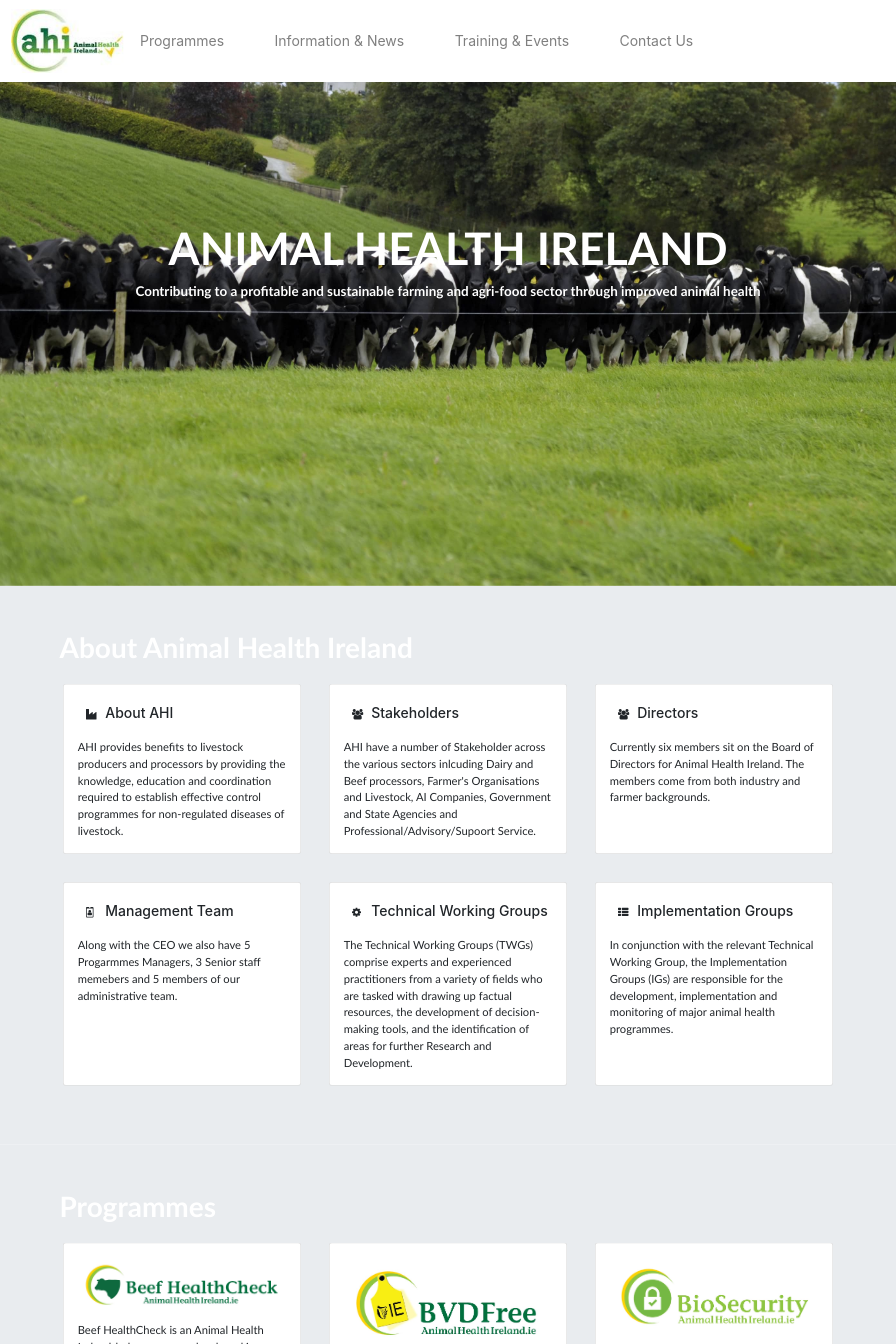
Repository: lisaannbyrne1/MilestoneProject1
Page: index.html
The author's editor kept a record of every edit. The page is drawn from the files as they stood at one moment, then again after the next edit.
The browser window is 1280 px wide. The pictures show the part of the page from y = 0 to 1920 px (the page is 4052 px tall), at 70% of full size.
Backgrounds fixed to the window are drawn as part of the page.

Above is the page before.

### index.html
<!DOCTYPE html>
<html lang="en">

<head>
  <meta charset="UTF-8">
  <meta name="viewport" content="width=device-width, initial-scale=1.0">
  <meta http-equiv="X-UA-Compatible" content="ie=edge">
  <link rel="stylesheet" href="https://stackpath.bootstrapcdn.com/bootstrap/4.3.1/css/bootstrap.min.css" integrity="sha384-ggOyR0iXCbMQv3Xipma34MD+dH/1fQ784/j6cY/iJTQUOhcWr7x9JvoRxT2MZw1T" crossorigin="anonymous">
  <link rel="stylesheet" href="https://cdnjs.cloudflare.com/ajax/libs/font-awesome/4.7.0/css/font-awesome.min.css">
  <link rel="stylesheet" href="./assets/css/style.css" type="text/css" />
  <title>Animal Health Ireland</title>
</head>

<body>


  <!--Navigation Bar-->

  <nav class="navbar navbar-expand-lg navbar-light bg-light">
    <a class="navbar-brand" href="#">
    <img src="assets/images/ahi-min.jpg" alt="AHI">
  </a>
    <button class="navbar-toggler" type="button" data-toggle="collapse" data-target="#navbarNav" aria-controls="navbarNav" aria-expanded="false" aria-label="Toggle navigation">
    <span class="navbar-toggler-icon"></span>
  </button>
    <div class="collapse navbar-collapse" id="navbarNav">
      <ul class="navbar-nav">
        <li class="nav-item">
          <a class="nav-link" href="#programmes">Programmes</a>
        </li>
        <li class="nav-item">
          <a class="nav-link" href="#news">Information & News</a>
        </li>
        <li class="nav-item">
          <a class="nav-link" href="#training">Training & Events</a>
        </li>
        <li class="nav-item">
          <a class="nav-link" href="#footer-details">Contact Us</a>
        </li>
      </ul>
    </div>
  </nav>


  <!--Landing-->

  <header>
    <div class="header" id="home">
      <h1 class="headtext">ANIMAL HEALTH IRELAND</h1>
      <p class="subtext">Contributing to a profitable and sustainable farming and agri-food sector through improved animal health</p>
    </div>
  </header>

  <!--About-->

  <div class="jumbotron jumbotron-fluid" id="about">
    <section id="about-ahi">
      <div class="container" id="container-about">
        <h1 class="section-title"> About Animal Health Ireland</h1>
        <div class="row">
          <div class="col-md-4 ahi-cards">
            <div class="card">
              <div class="card-body">
                <h5 class="card-title"><i class="fa fa-industry"></i> About AHI</h5>
                <p class="card-text"> AHI provides benefits to livestock producers and processors by providing the knowledge, education and coordination required to establish effective control programmes for non-regulated diseases of livestock.</p>
              </div>
            </div>
          </div>
          <div class="col-md-4 ahi-cards">
            <div class="card">
              <div class="card-body">
                <h5 class="card-title"><i class="fa fa-users"></i> Stakeholders</h5>
                <p class="card-text">AHI have a number of Stakeholder across the various sectors inlcuding Dairy and Beef processors, Farmer's Organisations and Livestock, AI Companies, Government and State Agencies and Professional/Advisory/Supoort Service.</p>
              </div>
            </div>
          </div>
          <div class="col-md-4 ahi-cards">
            <div class="card">
              <div class="card-body">
                <h5 class="card-title"><i class="fa fa-users" aria-hidden="true"></i> Directors</h5>
                <p class="card-text">Currently six members sit on the Board of Directors for Animal Health Ireland. The members come from both industry and farmer backgrounds.</p>
              </div>
            </div>
          </div>
        </div>
        <div class="row">
          <div class="col-md-4 ahi-cards">
            <div class="card">
              <div class="card-body">
                <h5 class="card-title"><i class="fa fa-id-badge"></i> Management Team</h5>
                <p class="card-text">Along with the CEO we also have 5 Progarmmes Managers, 3 Senior staff memebers and 5 members of our administrative team. </p>
              </div>
            </div>
          </div>
          <div class="col-md-4 ahi-cards">
            <div class="card">
              <div class="card-body">
                <h5 class="card-title"><i class="fa fa-cog"></i> Technical Working Groups</h5>
                <p class="card-text">The Technical Working Groups (TWGs) comprise experts and experienced practitioners from a variety of fields who are tasked with drawing up factual resources, the development of decision-making tools, and the identification of areas for
                  further Research and Development.</p>
              </div>
            </div>
          </div>
          <div class="col-md-4 ahi-cards">
            <div class="card">
              <div class="card-body">
                <h5 class="card-title"> <i class="fa fa-th-list"></i> Implementation Groups</h5>
                <p class="card-text">In conjunction with the relevant Technical Working Group, the Implementation Groups (IGs) are responsible for the development, implementation and monitoring of major animal health programmes.</p>
              </div>
            </div>
          </div>
        </div>
      </div>
  </div>

  </section>

  <!--Programmes-->

  <div class="jumbotron jumbotron-fluid" id="programmes">
    <section id="prog">
      <div class="container" id="container-prog">
        <h1 class="section-title">Programmes</h1>

        <div class="row">
          <div class="col-md-4 ahi-cards">
            <div class="card">
              <div class="card-body">
                <img src="assets/images/bhc-min.jpg" class="card-img-top" alt="Beef HealthCheck">
                <h5 class="card-title"> </h5>
                <p class="card-text">Beef HealthCheck is an Animal Health Ireland-led programme developed in collaboration with Meat Industry Ireland.</p>
              </div>
            </div>
          </div>

          <div class="col-md-4 ahi-cards">
            <div class="card">
              <div class="card-body">
                <img src="assets/images/bvd-min.jpg" class="card-img-top" alt="BVDFree">
                <h5 class="card-title"> </h5>
                <p class="card-text">National Eradication Programme.</p>
              </div>
            </div>
          </div>

          <div class="col-md-4 ahi-cards">
            <div class="card">
              <div class="card-body">
                <img src="assets/images/bs-min.jpg" class="card-img-top" alt="BioSecurity">
                <h5 class="card-title"> </h5>
                <p class="card-text">Biosecurity encompasses both bioexclusion (keeping infectious diseases out of holdings) and biocontainment (reducing infectious disease threats within the farm).</p>
              </div>
            </div>
          </div>
        </div>

        <div class="row">
          <div class="col-md-4 ahi-cards">
            <div class="card">
              <div class="card-body">
                <img src="assets/images/cc-min.jpg" class="card-img-top" alt="CalfCare">
                <h5 class="card-title"></h5>
                <p class="card-text"> </p>
                <p class="card-text">AHI have a number of Stakeholder across the various sectors inlcuding Dairy and Beef processors, Farmer's Organisations and Livestock, AI Companies, Government and State Agencies and Professional/Advisory/Supoort Service.</p>
              </div>
            </div>
          </div>

          <div class="col-md-4 ahi-cards">
            <div class="card">
              <div class="card-body">
                <img src="assets/images/cck-min.jpg" class="card-img-top" alt="CellCheck">
                <h5 class="card-title"> </h5>
                <p class="card-text">CellCheck is the national mastitis control programme, coordinated and facilitated by Animal Health Ireland.</p>
              </div>
            </div>
          </div>

          <div class="col-md-4 ahi-cards">
            <div class="card">
              <div class="card-body">
                <img src="assets/images/ibr-min.jpg" class="card-img-top" alt="IBRFree">
                <h5 class="card-title"> </h5>
                <p class="card-text">The initials ‘IBR’ stand for ‘Infectious Bovine Rhinotracheitis’ indicating that the disease spreads between cattle (Infectious Bovine) and usually causes the nose (Rhino-) and upper airways (-trache-) to become inflamed (-it is).</p>
              </div>
            </div>
          </div>
        </div>

        <div class="row">
          <div class="col-md-4 ahi-cards">
            <div class="card">
              <div class="card-body">
                <img src="assets/images/jd-min.jpg" class="card-img-top" alt="Johnes Disease">
                <h5 class="card-title"> </h5>
                <p class="card-text">The Irish Johne’s Control Programme (IJCP) represents a significant step for the Irish cattle industries in developing a long-term approach to the control of Johne’s disease.</p>
              </div>
            </div>
          </div>

          <div class="col-md-4 ahi-cards">
            <div class="card">
              <div class="card-body">
                <img src="assets/images/pc-min.jpg" class="card-img-top" alt="Parasite Control">
                <h5 class="card-title"> </h5>
                <p class="card-text">Effective and timely parasite control on farm has significant impacts on animal health, farm productivity and the processing industry.</p>
              </div>
            </div>
          </div>

          <div class="col-md-4 ahi-cards">
            <div class="card">
              <div class="card-body">
                <img src="assets/images/phc-min.jpg" class="card-img-top" alt="Pig Heath Check">
                <h5 class="card-title"> </h5>
                <p class="card-text">Targeted Advisory Service on Animal Health in Pig Health</p>
              </div>
            </div>
          </div>
        </div>

      </div>
  </div>
  </section>


  <!--Information & News-->

  <div class="jumbotron jumbotron-fluid" id="news">
    <section id="info">
      <div class="container" id="container-training">
        <h1 class="section-title">Information & News</h1>
        <div class="row">
          <div class="col-md-4 ahi-cards">
            <div class="card">
              <div class="card-body">
                <h5 class="card-title"><i class="fa fa-newspaper-o" aria-hidden="true"></i> Newsletters & Bulletins</h5>
                <p class="card-text">Sign up here to receive AHI Newsletters and Bulletins.</p>
                <a href="https://portal.animalhealthireland.ie/NewsletterSignUp/" target="_blank" class="btn btn-outline-secondary">Sign Up</a>
              </div>
            </div>
          </div>

          <div class="col-md-4 ahi-cards">
            <div class="card">
              <div class="card-body">
                <h5 class="card-title"><i class="fa fa-book" aria-hidden="true"></i>Published Guides</h5>
                <p class="card-text">AHI has created a series of helpful information publications which are available to download as a PDF.</p>
                <a href="https://portal.animalhealthireland.ie/NewsletterSignUp/" target="_blank" class="btn btn-outline-secondary">Sign Up</a>
              </div>
            </div>
          </div>
          <div class="col-md-4 ahi-cards">
            <div class="card">
              <div class="card-body">
                <h5 class="card-title"><i class="fa fa-briefcase" aria-hidden="true"></i> Careers</h5>
                <p class="card-text">Please check back again for vacancies with Animal Health Ireland.</p>
              </div>
            </div>
          </div>
        </div>
      </div>
  </div>
  </section>

  <!--Training & Events-->

  <div class="jumbotron jumbotron-fluid" id="training">
    <section id="train-events">
      <div class="container" id="container-training">
        <h1 class="section-title">Training & Events</h1>
        <div class="row">
          <div class="col-md-4 ahi-cards">
            <div class="card">
              <div class="card-body">
                <h5 class="card-title"><i class="fa fa-graduation-cap" aria-hidden="true"></i>Veterinary Training</h5>
                <p class="card-text">As part of the Rural Development Plan 2014-2020, DAFM, in conjunction with the EU, are funding a Targeted Advisory Service on Animal Health (TASAH) for farmers, delivered by trained veterinary practitioners.</p>
              </div>
            </div>
          </div>

          <div class="col-md-4 ahi-cards">
            <div class="card">
              <div class="card-body">
                <h5 class="card-title"><i class="fa fa-check-square-o" aria-hidden="true"></i>Training Experience of Interest</h5>
                <p class="card-text">Register your interest in taking part in future training relating to AHI Programmes.</p>
                <a href="https://portal.animalhealthireland.ie/traineoi/" target="_blank" class="btn btn-outline-secondary">Expression of Interest</a>
              </div>
            </div>
          </div>
          <div class="col-md-4 ahi-cards">
            <div class="card">
              <div class="card-body">
                <h5 class="card-title"><i class="fa fa-calendar" aria-hidden="true"></i>Events</h5>
                <p class="card-text">Please check back for up and coming on farm and training events that will be taking place.</p>
              </div>
            </div>
          </div>
        </div>
      </div>
  </div>
  </section>


  <!--Footer-->
  <footer class="container-fluid">
    <div id="footer-details" class="row">
      <div class="col-sm-4">
        <img src="assets/images/ahi.jpg" class="card-img-top" alt="AHILogo" id="footerlogo">
        <h5 class="uppercase general-sub"></h5>
      </div>

      <div class="col-sm-4" id="contacts">
        <h5 class="uppercase general-sub">Contact Us</h5>
        <i class="fa fa-phone" aria-hidden="true"></i> +353 (0) 71 9671928<br>
        <i class="fa fa-envelope" aria-hidden="true"></i> admin@animalhealthireland.ie<br>
        <i class="fa fa-map-marker" aria-hidden="true"></i> 4-5 The Archways, Carrick-on-Shannon, Co. Leitrim N41 WN2<br>
        <div class="footer-social-icons">
          <h5 class="uppercase general-sub">Follow Us On</h5>
          <a href="https://www.facebook.com/Animal.Health.Ireland/" target="_blank" class="fa fa-facebook"></a>
          <a href="https://twitter.com/animalhealthire?lang=en" target="_blank" class="fa fa-twitter"></a>
          <a href="https://www.youtube.com/channel/UCriAefzKXK5CNfb0e8MikMA" target="_blank" class="fa fa-youtube"></a>
          <a href="https://ie.linkedin.com/company/animal-health-ireland" target="_blank" class="fa fa-linkedin"></a>
        </div>
      </div>

      <div class="col-sm-4" id="signup">
        <h5 class="uppercase general-sub">Sign Up with Us</h5>
        <p class="inline-block">
          <a href="https://portal.animalhealthireland.ie/NewsletterSignUp/" target="_blank" class="btn btn-secondary">Newsletters & Bulletins</a>
          <a href="https://portal.animalhealthireland.ie/traineoi/" target="_blank" class="btn btn-secondary">Expression of Interest</a>
        </p>
        </ul>
      </div>

    </div>
  </footer>

  <script src="https://code.jquery.com/jquery-3.3.1.slim.min.js" integrity="sha384-q8i/X+965DzO0rT7abK41JStQIAqVgRVzpbzo5smXKp4YfRvH+8abtTE1Pi6jizo" crossorigin="anonymous"></script>
  <script src="https://cdnjs.cloudflare.com/ajax/libs/popper.js/1.14.7/umd/popper.min.js" integrity="sha384-UO2eT0CpHqdSJQ6hJty5KVphtPhzWj9WO1clHTMGa3JDZwrnQq4sF86dIHNDz0W1" crossorigin="anonymous"></script>
  <script src="https://stackpath.bootstrapcdn.com/bootstrap/4.3.1/js/bootstrap.min.js" integrity="sha384-JjSmVgyd0p3pXB1rRibZUAYoIIy6OrQ6VrjIEaFf/nJGzIxFDsf4x0xIM+B07jRM" crossorigin="anonymous"></script>

</body>

</html>

### assets/css/style.css
/*--Fonts--*/

.section-title {
    font-family: Calibri, Helvetica, sans-serif;
    color: #fff;
    font-weight: bold;
    text-align: left;
}

p,
h3 {
    font-family: Calibri, Helvetica, sans-serif;
    color: rgba(0 0 0 .5);
}

/*--Landing fonts/images--*/

body {
    margin: 0;
}


.headtext {
    color: #fff;
    font-family: Calibri, Helvetica, sans-serif;
    font-size: 4rem;
    font-weight: 900;
    align-items: center;
    padding-top: 200px;
}

.subtext {
    color: #fff;
    font-family: Calibri, Helvetica, sans-serif;
    font-size: 1.2rem;
    font-weight: 900;
    align-items: center;
}

#logo {
    padding-top: 30px;
    width: 255px;
    height: 150px;
    margin-right: 20px;

}

/*--Sections--*/

header {
    background-attachment: fixed;
    background-image: url("../images/landing-min.jpg");
    background-position: bottom;
    background-size: cover;
    text-align: center;
    margin-bottom: 0px;
    height: 100vh;
    width: 100%;
    z-index: 1;

}


/*--Navigation--*/

.navbar {
    position: -webkit-sticky;
    position: sticky;
    width: 100%;
    z-index: 1000000;
    top: 0;
}

.bg-light {
    background-color: white !important;
}

.navbar-expand-lg .navbar-nav .nav-link {
    padding left: 4rem;
    padding-right: 4rem;
    font-size: 20px;
}

/*--Sections--*/

#about {
    background-attachment: fixed;
    /*  background-image: url("../../assets/images/about.JPG"); */
    background-position: bottom;
    background-size: cover;
    margin-bottom: 0px;
    z-index: 1;
}

#programmes {
    background-attachment: fixed;
    /*  background-image: url("../../assets/images/programmes.jpg"); */
    background-position: bottom;
    background-size: cover;
    margin-bottom: 0px;
    z-index: 1;
}

#news {
    background-attachment: fixed;
    /*  background-image: url("../../assets//images/news.JPG"); */
    background-position: bottom;
    background-size: cover;
    margin-bottom: 0px;
    z-index: 1;
}

#training {
    background-attachment: fixed;
    /*  background-image: url("../../assets/images/train.jpg"); */
    background-position: bottom;
    background-size: cover;
    margin-bottom: 0px;
    z-index: 1;
}


/*--Cards--*/

.ahi-cards {
    display: grid;
    grid-template-rows: none|auto|max-content|min-content|length|initial|inherit;
    padding: 20px 20px 20px 20px;
}

.card-body {
    flex: 1 1 auto;
    padding: 1.25rem;

}


/*--Transitions--*/

.card {
    transform: translateZ(0px);
    transition-duration: .3s;
    transition-property: transform;
}

.card:hover {
    transform: scale(1.1);
}


/*--Footer--*/

.container-fluid {
    padding-top: 20px;
    background-color: #f8f9fa;
    width: 100%;
}

#footerlogo {
    display: block;
    width: 50%;
    height: auto;
    margin-top: 20px;
    margin-left: 60px;
}

.btn-secondary {
    display: block;
    width: 50%;
    margin-top: 20px;
    margin-bottom: 20px;
    margin-left: 50px;

}


a {
    text-decoration: none;
    color: #000;
    color: rgba(0, 0, 0, .5);
}

.button {
    background-color: #4CAF50;
    border: none;
    color: white;
    padding: 15px 32px;
    text-align: center;
    text-decoration: none;
    display: inline-block;
    font-size: 16px;
    margin: 4px 2px;
    cursor: pointer;
}

a.button {
    text-decoration: none;
}

/*--Footer Socials--*/

.fa {
    padding: 10px;
    font-size: 15px;
    width: 30px;
    text-align: center;
    text-decoration: none;
    margin: 5px 2px;
    border-radius: 50%;
}

.fa:hover {
    opacity: 0.7;
}

.fa-facebook {
    background: #3B5998;
    color: white;
}

.fa-twitter {
    background: #55ACEE;
    color: white;
}

.fa-youtube {
    background: #bb0000;
    color: white;
}

.fa-linkedin {
    background: #007bb5;
    color: white;
}



/*--Media Queries--*/

@media only screen and (max-width: 600px) {
    body {
        background-color: lightblue;
    }
}

After the next edit:
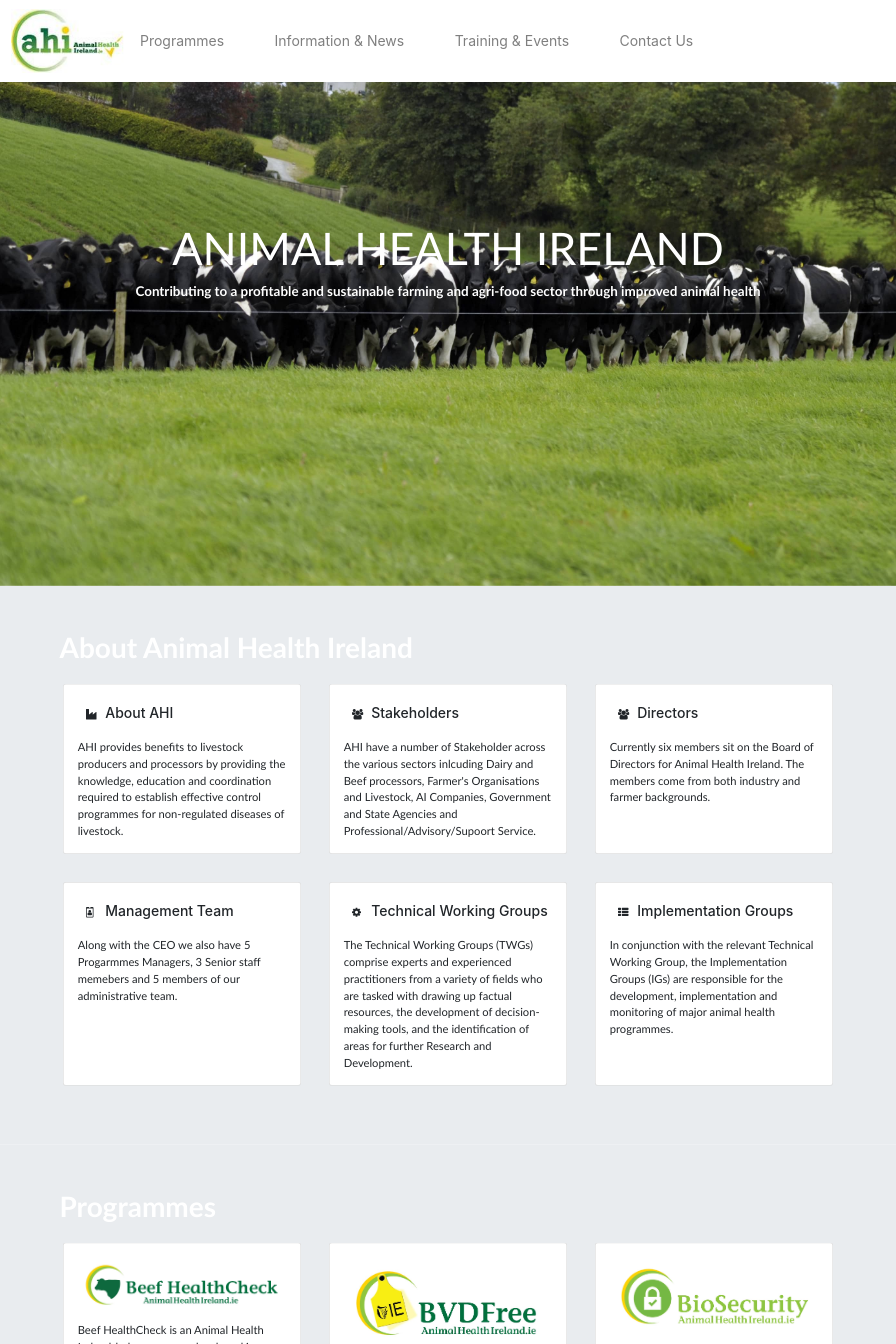
The edit:
--- a/assets/css/style.css
+++ b/assets/css/style.css
@@ -24,7 +24,7 @@
     color: #fff;
     font-family: Calibri, Helvetica, sans-serif;
     font-size: 4rem;
-    font-weight: 900;
+    font-weight: 500;
     align-items: center;
     padding-top: 200px;
 }
